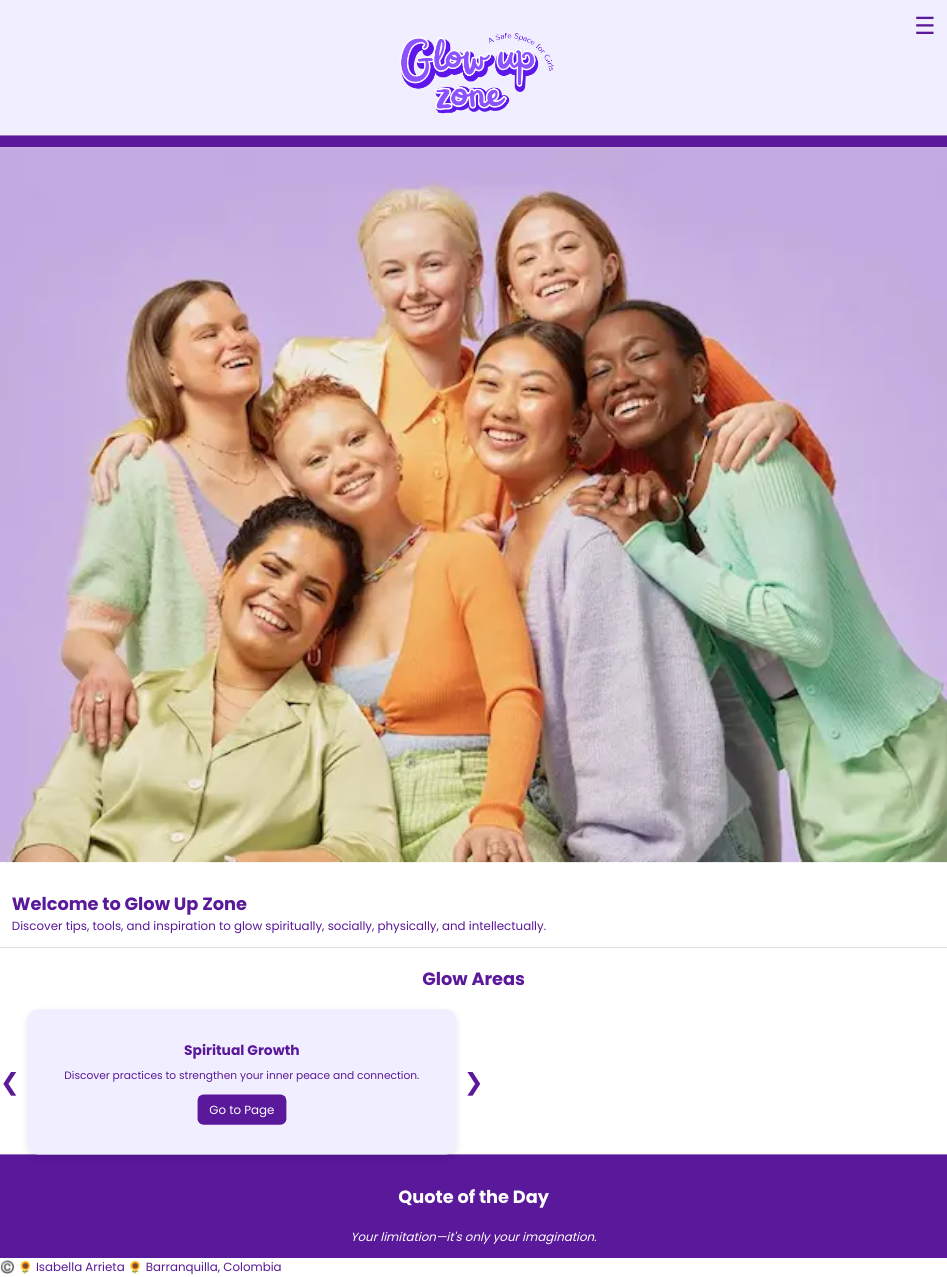
Repository: isaAJ05/wdd131
Page: final-project/final-project.html
An editor plug-in stored every save of this project. The page is shown before and after the next save, followed by the edit.
The browser window is 1280 px wide. The pictures show the whole page, at 74% of full size.

Above is the page before, as saved 2025-08-09 01:34:04.

### final-project/final-project.html
<!DOCTYPE html>
<html lang="en">
<head>
    <meta charset="UTF-8">
    <meta name="viewport" content="width=device-width, initial-scale=1.0">
    <title>WDD 131 – Glow Up Zone</title>
    <meta name="description" content="WDD 131 – This website is a positive and inspiring space for girls who want to improve different areas of their lives. It will include tips and resources organized into four sections: Spiritual, Social, Physical, and Intellectual.">
    <meta name="author" content="Isabella Arrieta">
    <link rel="stylesheet" href="styles/final-project.css">
    <link rel="stylesheet" href="styles/final-project-large.css">
    <link rel="preconnect" href="https://fonts.googleapis.com">
    <link rel="preconnect" href="https://fonts.gstatic.com" crossorigin>
    <link href="https://fonts.googleapis.com/css2?family=Nunito:wght@300;400;700&family=Poppins:wght@400;600;700&family=Quicksand:wght@400;500;700&display=swap" rel="stylesheet">
    <script src="scripts/final-project.js" defer></script>
</head>
<body>
    <header>
        <div class="title">
            <img src="images/logo.png" alt="" title="">
        </div>
        <button type="button" id="menu" title="Hambutton"></button>
        <nav>
            <ul class="navigation">
			<li><a href="#" class="home">Home</a></li>
			<li><a href="#" class="old">Old</a></li>
			<li><a href="#" class="new">New</a></li>
			<li><a href="#" class="large">Large</a></li>
			<li><a href="#" class="small">Small</a></li>
		</ul>
        </nav>
    </header>
    <main>
        <div class="hero">
            <picture>
            <source media="(min-width: 700px)" srcset="">
            <img src="images/glow-2.webp" alt="" title="">
            </picture>
        </div>
        <section >
                <div class="one">
                <h1>Welcome to Glow Up Zone</h2>
                <p>Discover tips, tools, and inspiration to glow spiritually, socially, physically, and intellectually.</p>
                </div>
        </section>
        <div class="two">
        <h2>Glow Areas</h2>
        <section class="cards">
        <button class="arrow left">&#10094;</button>
        <div class="cards-container">
            <div class="card">
                <div class="card2">
                <h3 id="card-title"></h3>
                <p id="card-text"></p>
                <a id="card-link" href="#" class="btn">Go to Page</a>
                </div>
            </div>
        </div>
        <button class="arrow right">&#10095;</button>
        </div>
        </section>
        <section>
            <div class="quote">
                <h2>Quote of the Day</h2>
                <p id="quote-text"></p>
            </div>
        </section>

    </main>
    <footer>
            <p>
            ©️<span id="currentyear"></span> 🌻 Isabella Arrieta 🌻 Barranquilla, Colombia
        </p>
        <p class="last-modified">
            <span id="lastModified"></span>
        </p>
    </footer>

</body>
</html>

### final-project/styles/final-project.css
:root {
    --primary-color: #5a189a;
    --secondary-color: #06d6a0;
    --thirdary-color: #ff6f91;
    --accent-color: #3a86ff;
    --background-color: #f1efff;
    --font-one: "Poppins", sans-serif;
    --font-two: "Nunito", sans-serif;
    --font-three: "Quicksand", sans-serif;
}
* {
    box-sizing: border-box;
    margin: 0;
    padding: 0;
}

body {
    font-family: var(--font-one);
    color: var(--primary-color);
}

.title {
    text-align: center;
    background-color: var(--background-color);
}
.title img {
    width: 350px;
    height: auto;
}
.hero img{
    width: 100%;
    height: auto;
}
.one{
    border-bottom: #D6D6D6 1px solid;
    padding: 1rem;
    margin: 1rem 0;
}
nav{
    display: block;
    background-color: var(--primary-color);
}

#menu {
	font-size: 2rem;
	border: 0;
	background: none;
	position: absolute;
	top: 1rem;
	right: 1rem;
}

#menu::before {
	content: "☰";
    color: var(--primary-color);
}

#menu.open::before {
	content: "✖";
    color: white;
}

.navigation {
	list-style: none;
	display: flex;
	flex-direction: column;
    color: #fff;
    padding-top: 1rem;
    background-color: none;
}

.navigation a {
	display: none;
	color: #fff;
	text-align: center;
	text-decoration: none;
    padding: 0.5rem;
    font-size: 1rem;


}

.navigation a:hover {
	text-decoration: underline;
	background-color: #eee;
	color: #000;
}
.open a {
	display: block;
}
.open img{
    display: none;
}
h2{
    padding: 0.5rem;
    margin: 1rem 0;
    text-align: center;
}
.cards {
    display: flex;
    align-items: center;
    width: 100%;
}

.card {
    min-width: 80%;
    margin: 0 10px;
    padding: 20px;
    background: var(--background-color);
    border-radius: 15px;
    box-shadow: 0 4px 10px rgba(0,0,0,0.1);
    text-align: center;
}
.card2 {
    min-width: 80%;
    margin: 0 10px;
    padding: 20px;
    background: var(--background-color);
    text-align: center;
}

.card h3 {
    color: var(--primary-color);
    margin-bottom: 10px;
}

.card p {
    font-size: 0.9rem;
    margin-bottom: 15px;
}

.btn {
    display: inline-block;
    background: var(--primary-color);
    color: white;
    padding: 8px 16px;
    border-radius: 8px;
    text-decoration: none;
}
.btn:hover {
	background-color: var(--secondary-color);
    cursor: pointer;
	border: 1px solid gray;
}

.arrow {
    background: none;
    border: none;
    font-size: 2rem;
    cursor: pointer;
    color: var(--primary-color);
}

.quote{
    background: var(--primary-color);
    color: white;
    padding-top: 1rem;

}
.quote p{
    font-style: italic;
    text-align: center;
    padding-bottom: 1rem;
}

### final-project/scripts/final-project.js
const hamButton = document.querySelector('#menu');
const navigation = document.querySelector('.navigation');
const title = document.querySelector('.title');

hamButton.addEventListener('click', () => {
	navigation.classList.toggle('open');
    hamButton.classList.toggle('open');
    title.classList.toggle('open');
});
const cardsData = [
    {
        title: "Spiritual Growth",
        text: "Discover practices to strengthen your inner peace and connection.",
        link: "spiritual.html"
    },
    {
        title: "Social Skills",
        text: "Learn how to connect, communicate, and build strong relationships.",
        link: "social.html"
    },
    {
        title: "Intellectual Growth",
        text: "Boost your mind with tips, knowledge, and creative thinking.",
        link: "intellectual.html"
    },
    {
        title: "Physical Wellness",
        text: "Stay active and healthy with routines and self-care habits.",
        link: "physical.html"
    }
];

let currentIndex = 0;

const cardTitle = document.getElementById("card-title");
const cardText = document.getElementById("card-text");
const cardLink = document.getElementById("card-link");

function updateCard() {
    cardTitle.textContent = cardsData[currentIndex].title;
    cardText.textContent = cardsData[currentIndex].text;
    cardLink.href = cardsData[currentIndex].link;
}

document.querySelector(".arrow.right").addEventListener("click", () => {
    currentIndex = (currentIndex + 1) % cardsData.length;
    updateCard();
});

document.querySelector(".arrow.left").addEventListener("click", () => {
    currentIndex = (currentIndex - 1 + cardsData.length) % cardsData.length;
    updateCard();
});

updateCard();

const quotes = [
    "The best way to get started is to quit talking and begin doing.",
    "Do something today that your future self will thank you for.",
    "Don't watch the clock; do what it does. Keep going.",
    "Your limitation—it's only your imagination.",
    "Great things never come from comfort zones.",
    "Dream it. Wish it. Do it.",
    "Push yourself, because no one else is going to do it for you."
];

function getQuoteOfTheDay() {
    const today = new Date().toDateString();
    const savedDate = localStorage.getItem("quoteDate");
    const savedQuote = localStorage.getItem("quoteText");

    if (savedDate === today && savedQuote) {
        return savedQuote;
    } else {
        const randomIndex = Math.floor(Math.random() * quotes.length);
        const newQuote = quotes[randomIndex];
        localStorage.setItem("quoteDate", today);
        localStorage.setItem("quoteText", newQuote);
        return newQuote;
    }
}

document.getElementById("quote-text").textContent = getQuoteOfTheDay();

Loaded but not shown: final-project/styles/final-project-large.css (no copy from this time; the picture is the same without it)

After the next save:
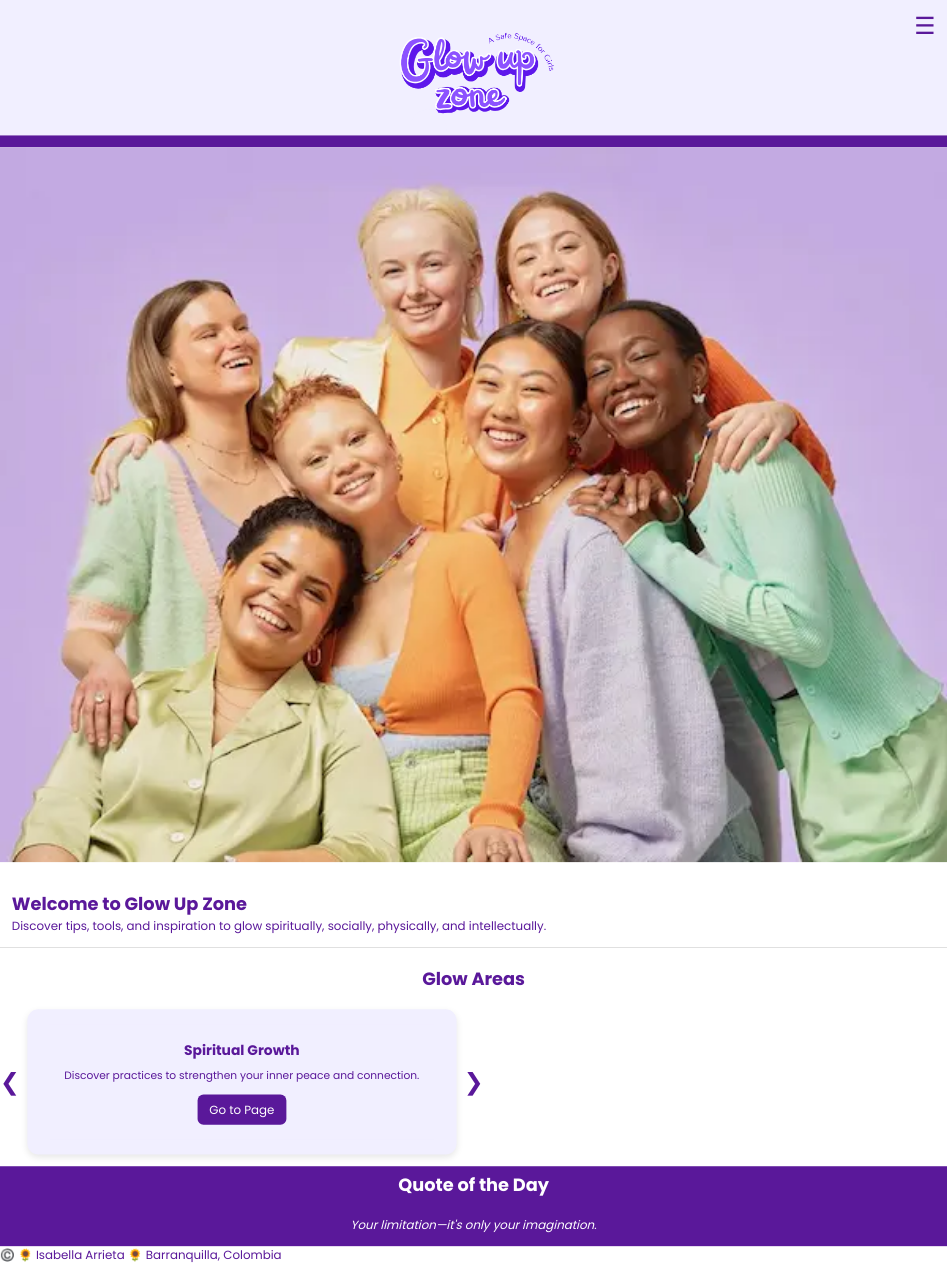
Saved 13 s later.
--- a/final-project/styles/final-project.css
+++ b/final-project/styles/final-project.css
@@ -154,7 +154,6 @@
 .quote{
     background: var(--primary-color);
     color: white;
-    padding-top: 1rem;
 
 }
 .quote p{

After the save that followed:
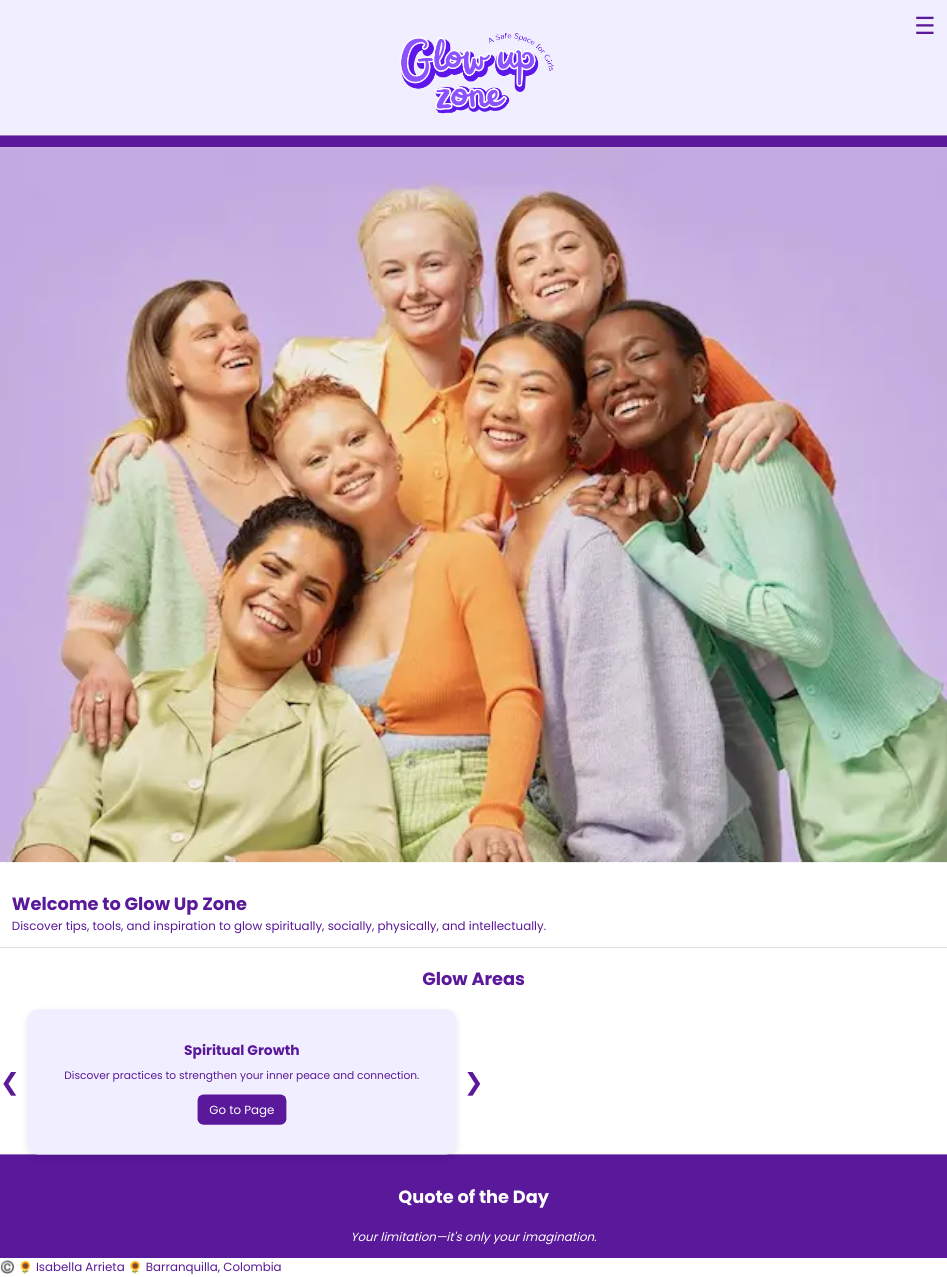
Saved 5 s later.
--- a/final-project/styles/final-project.css
+++ b/final-project/styles/final-project.css
@@ -154,6 +154,7 @@
 .quote{
     background: var(--primary-color);
     color: white;
+    padding-top: 1rem;
 
 }
 .quote p{
